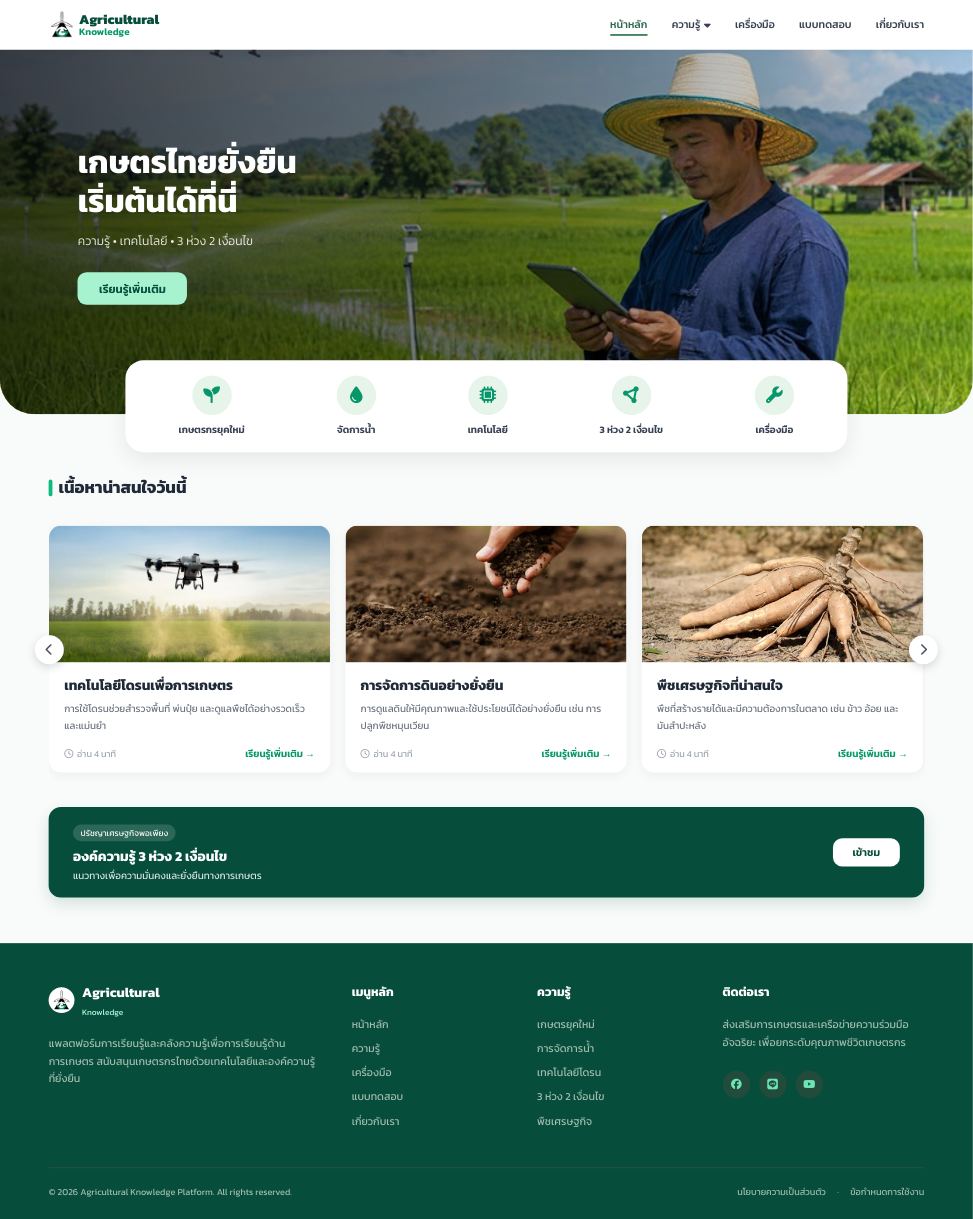
Repository: nuwat-wa/Project-WebdesignAG
Page: index.html
The author's editor kept a copy of each file at every save. The page is drawn from the files as they stood at one save, then again after the next save.
The browser window is 1280 px wide. The pictures show the whole page, at 76% of full size.

Above is the page before, as saved 2026-10-03 20:56:05.

After the next save:
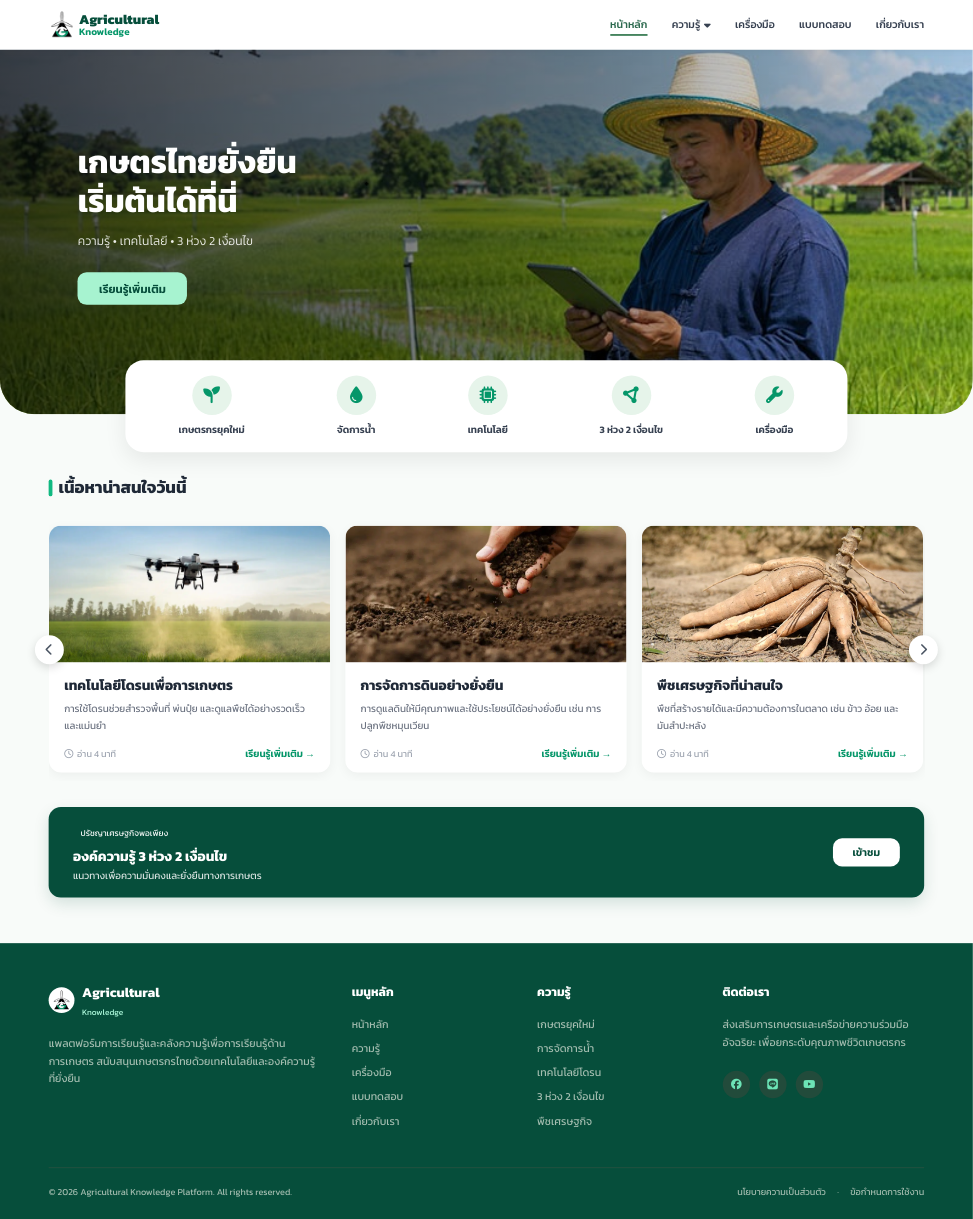
Saved 25 s later.
--- a/style/index.css
+++ b/style/index.css
@@ -521,7 +521,7 @@ body {
   display: inline-block;
   margin-bottom: 6px;
   padding: 3px 10px;
-  background: rgba(255, 255, 255, 0.15);
+  /* background: rgba(255, 255, 255, 0.15); */
   border-radius: 20px;
   font-size: 11px;
 }
